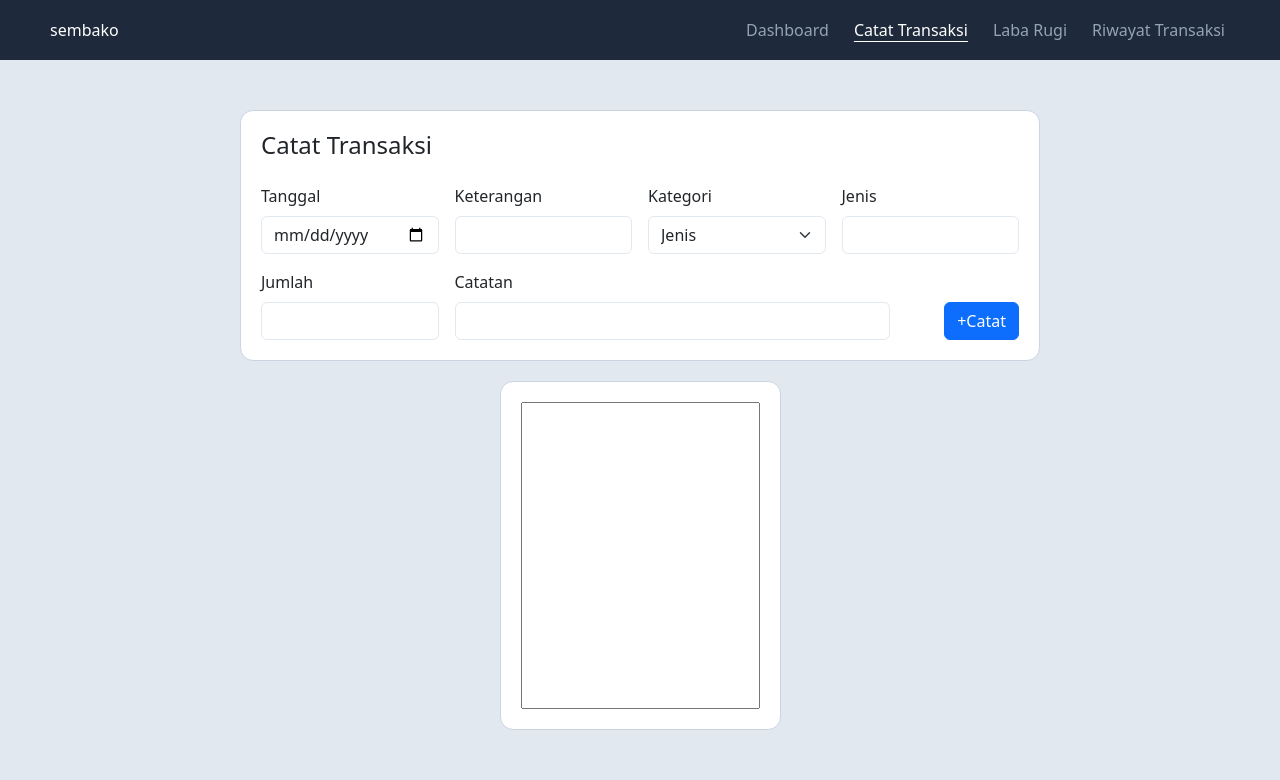
Repository: musdalifahzahra/Projek-Akhir-PWD-2026
Page: http://localhost/3-catat-transaksi.php
These files come from the project's save history. The page is drawn as it stood at one moment and after the next save; the edit follows.
The browser window is 1280 px wide. The pictures show the whole page.
The page is run by PHP 8.4 with error messages shown; the project is at /var/www/html/.

Above is the page before, as saved 2026-04-10 17:34:17.

### 3-catat-transaksi.php
<!DOCTYPE html>
<html lang="en">

<head>
    <meta charset="UTF-8">
    <meta name="viewport" content="width=device-width, initial-scale=1.0">
    <title>Catat Transaksi</title>
    <link rel="stylesheet" href="https://cdn.jsdelivr.net/npm/bootstrap@5.3.8/dist/css/bootstrap.min.css">
    <link rel="stylesheet" href="template-css.css">
    <link rel="stylesheet" href="3-catat-transaksi-css.css">
</head>

<body>
    <nav>
        <div class="profile">
            <span>sembako</span>
        </div>
        <div class="nav_list">
            <ul>
                <li><a href="2-dashboard.php">Dashboard</a></li>
                <li><a href="3-catat-transaksi.php" class="nav-active">Catat Transaksi</a></li>
                <li><a href="4-laba-rugi.php">Laba Rugi</a></li>
                <li><a href="5-laporan.php">Riwayat Transaksi</a></li>
            </ul>
        </div>
    </nav>

    <div class="wrap">
        <!-- input transaksi -->
        <div class="input-transaksi template">
            <form class="row g-3">
                <h4>Catat Transaksi</h4><br>
                <!-- tanggal -->
                <div class="col-md-3">
                    <label for="tanggal" class="form-label">Tanggal</label>
                    <input type="date" class="form-control" id="tanggal">
                </div>
                <!-- keterangan -->
                <div class="col-md-3">
                    <label for="keterangan" class="form-label">Keterangan</label>
                    <input type="text" class="form-control" id="keterangan">
                </div>
                <!-- kategori -->
                <div class="col-md-3">
                    <label for="inputZip" class="form-label">Kategori</label>
                    <select class="form-select" id="kategori" aria-label="Default select example">
                        <option selected>Jenis</option>
                        <option value="Pemasukan">Pemasukan</option>
                        <option value="Pengeluaran">Pengeluaran</option>
                    </select>
                </div>
                <!-- jenis -->
                <div class="col-md-3">
                    <label for="jenis" class="form-label">Jenis</label>
                    <input type="text" class="form-control" id="jenis">
                </div>
                <!-- jumlah-->
                <div class="col-md-3">
                    <label for="jumlah" class="form-label">Jumlah</label>
                    <input type="number" class="form-control" id="jumlah">
                </div>
                <!-- catatan -->
                <div class="col-md-7">
                    <label for="catatan" class="form-label">Catatan</label>
                    <input type="text" class="form-control" id="catatan">
                </div>
                <!-- submit +catat -->
                <div class="col-md-2 d-flex align-items-end justify-content-end">
                    <button type="submit" class="btn btn-primary" id="catat"> +Catat  </button>
                </div>
            </form>
        </div>

        <!-- transaksi terbaru -->
        <div class="transaksi-terbaru template">
            <input type="text">
        </div>
    </div>
</body>

</html>

### template-css.css
:root {
  --color-nav: #1e293b;
  --color-bag-web: #e2e8f0;
  --color-card: #ffffff;
  --color-belum-dipencet: #94a3b8;
  --color-kurson: #cbd5e1;
  --color-tulisan-utama: #334155;
  --color-pemasukan: #10b981;
  --color-pengeluaran: #ef4444;
  --color-border: #e2e8f0;
  --color-border-card: #CBD5E1;
}

nav {
  background-color: var(--color-nav);
  height: 60px;
  display: flex;
  align-items: center;
  justify-content: space-between;
  padding: 0px 50px;
  z-index: 1;
}

nav span {
  color: var(--color-card);
}

nav ul {
  padding: 0px;
  margin: 0px;
  display: flex;
  gap: 20px;
}
nav li {
  margin-right: 5px;
  display: inline;
  font-style: none;
}

nav a {
  color: var(--color-belum-dipencet);
  text-decoration: none;
}

.nav-active {
  color: var(--color-card);
  text-decoration: underline;
  text-underline-offset: 5px;
}

nav a:hover {
  color: var(--color-kurson);
}
body {
  background-color: var(--color-bag-web);
}

### 3-catat-transaksi-css.css
.wrap {
  display: flex;
  flex-direction: column;
  z-index: 2;
  width: 100%;
  min-height: 100vh;
  background-color: var(--color-bag-web);
  padding: 50px 20px;
  gap: 20px;
  justify-content: center;
  align-items: center;
}


.template {
  padding: 20px;
  background-color: var(--color-card);
  border-radius: 13px;
  max-width: 800px;
  border: 1.2px solid var(--color-border-card);
}

.input-transaksi {
  display: flex;

  /* padding: 20px; */
}

.transaksi-terbaru {
  display: flex;
  flex: 1;
  /* padding: 20px; */
}
form .catat{
    margin: 0px;
    padding: 0px;
}

.form-control, .form-select{
    border: 1px solid var(--color-border);
}

After the next save:
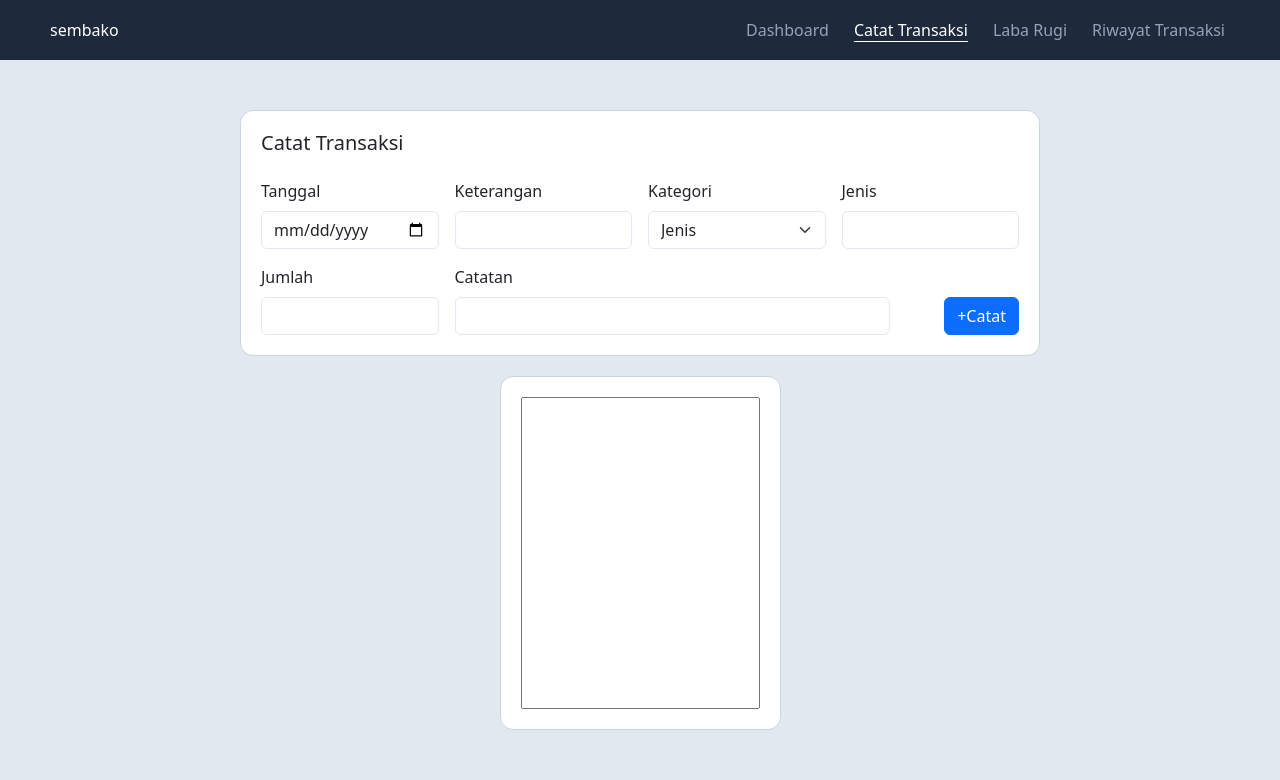
Saved 21 s later.
--- a/3-catat-transaksi.php
+++ b/3-catat-transaksi.php
@@ -29,7 +29,7 @@
         <!-- input transaksi -->
         <div class="input-transaksi template">
             <form class="row g-3">
-                <h4>Catat Transaksi</h4><br>
+                <h5>Catat Transaksi</h5><br>
                 <!-- tanggal -->
                 <div class="col-md-3">
                     <label for="tanggal" class="form-label">Tanggal</label>

After the save that followed:
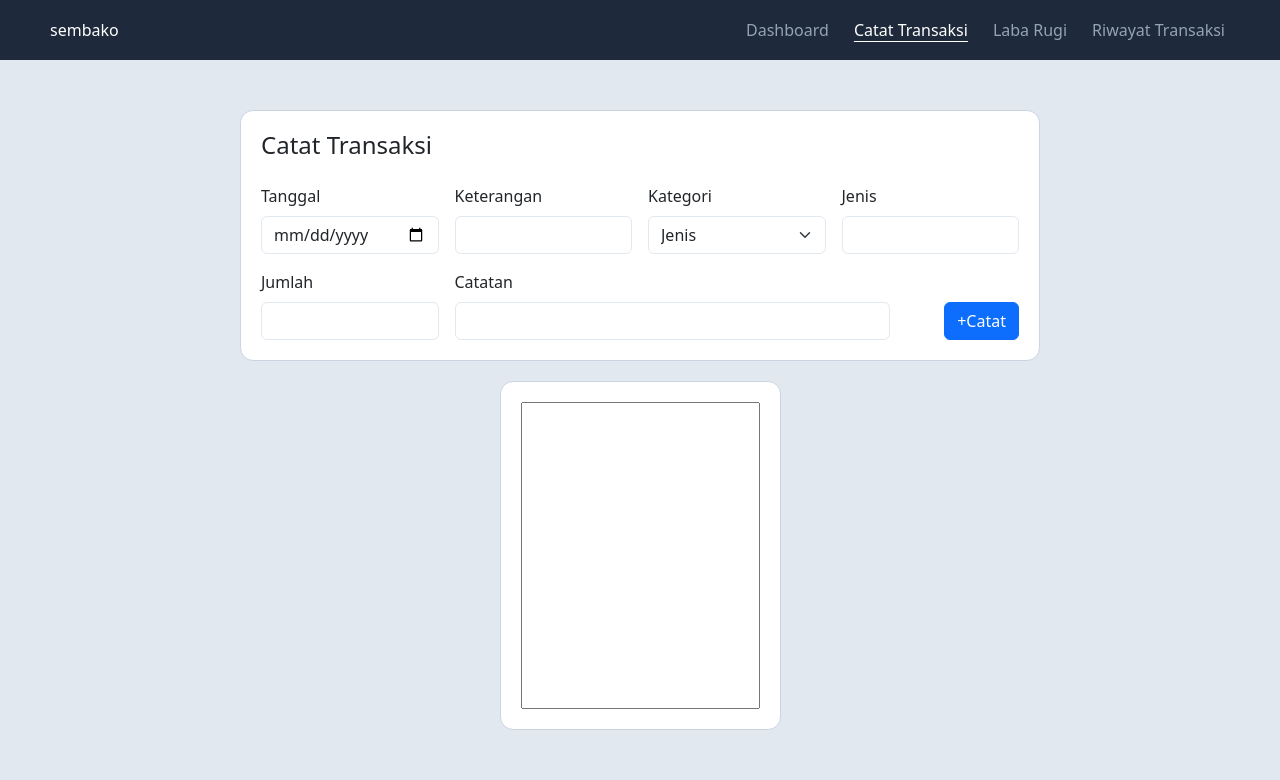
Saved 14 s later.
--- a/3-catat-transaksi.php
+++ b/3-catat-transaksi.php
@@ -29,7 +29,7 @@
         <!-- input transaksi -->
         <div class="input-transaksi template">
             <form class="row g-3">
-                <h5>Catat Transaksi</h5><br>
+                <h4>Catat Transaksi</h4><br>
                 <!-- tanggal -->
                 <div class="col-md-3">
                     <label for="tanggal" class="form-label">Tanggal</label>
